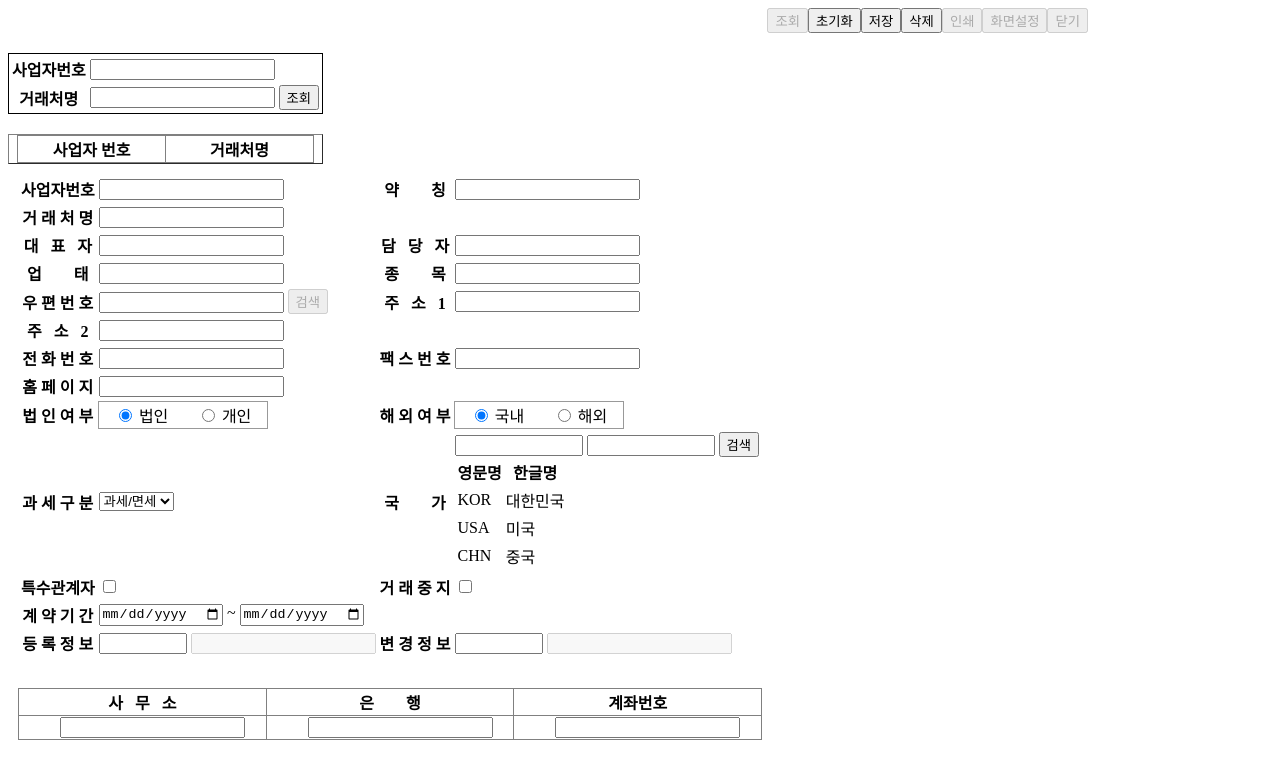
Repository: Chocobe/-practice-FrontSide-Tip
Page: http://localhost/wishTestProject/views/accountManager/accountManagerView.jsp
The author's editor kept a copy of each file at every save. The page is drawn from the files as they stood at one save, then again after the next save.
The browser window is 1280 px wide. The pictures show the whole page.
The page is served by Tomcat 9. Nobody is signed in. The application's start-up code is not run.

Above is the page before, as saved 2020-02-27 07:54:30.

After the next save:
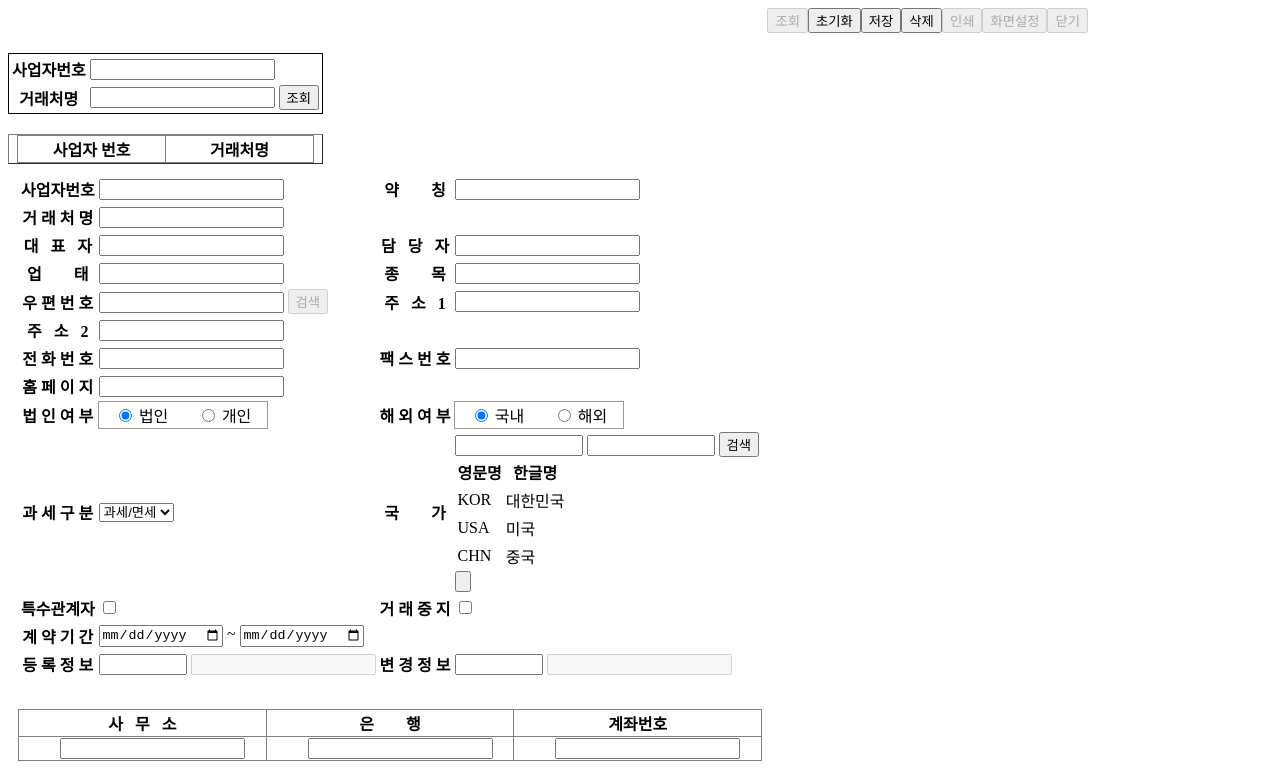
Saved 67 s later.
--- a/wishTest/wishTestProject/WebContent/views/accountManager/accountManagerView.jsp
+++ b/wishTest/wishTestProject/WebContent/views/accountManager/accountManagerView.jsp
@@ -268,6 +268,8 @@
                                             <td>중국</td>
                                         </tr>
                                     </table>
+
+                                    <input type="button" class="countryPopCloseButton" onclick="">
                                 </div>
                             </td>
                         </tr>
